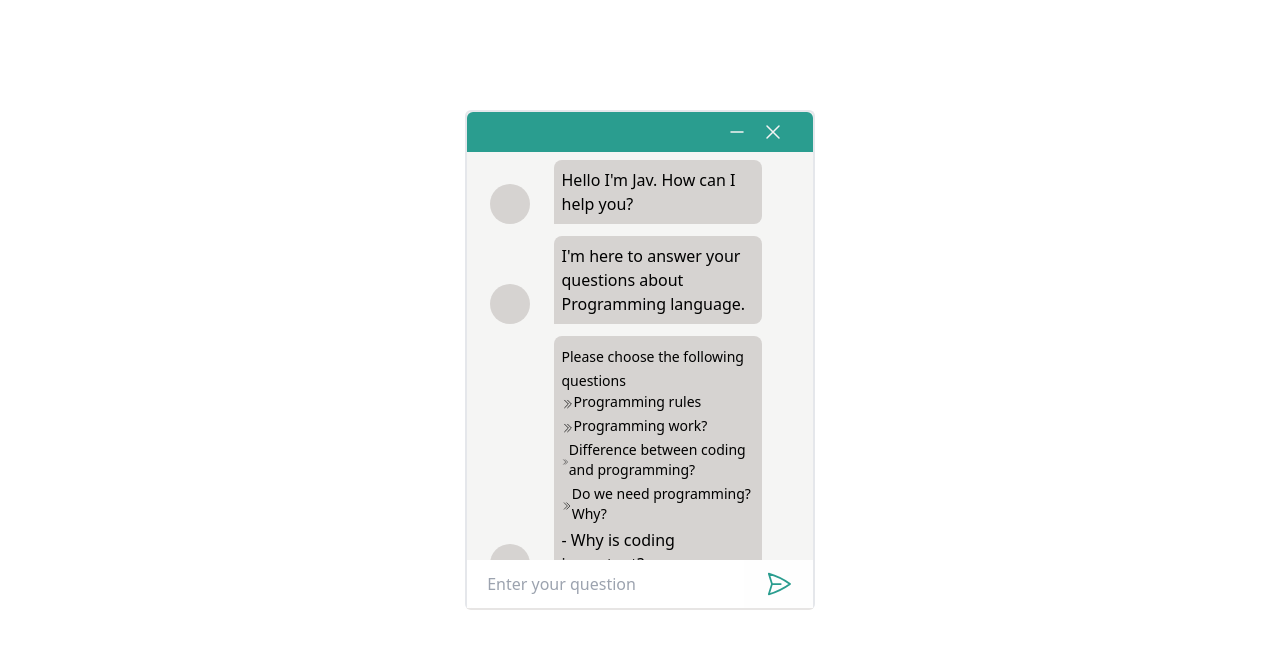
Repository: hsumyatm7308/Chatbot
Page: index.html
The author's editor kept a copy of each file at every save. The page is drawn from the files as they stood at one save, then again after a run of saves.
The browser window is 1280 px wide. The pictures show the whole page.
Some web libraries are served in a nearby version.

Above is the page before, as saved 2023-07-09 12:46:37.

### index.html
<!DOCTYPE html>
<html>

<head>
    <title>Chat Bot</title>
    <script src="https://cdn.tailwindcss.com"></script>
</head>

<body class="bg-[#fffff]">

    <div class="w-screen h-screen flex justify-center items-center   container">
        <div class="w-[350px] h-[500px] bg-[#f4f4f4] border-2 border-b-stone-200 rounded-md relative chatbot-container">
            <div
                class="w-full h-10 text-[#f4f4f4] bg-[#2a9d8f] rounded-tl-md rounded-tr-md flex justify-end items-center">
                <svg xmlns="http://www.w3.org/2000/svg" fill="none" viewBox="0 0 24 24" stroke-width="1.5"
                    stroke="currentColor" class="w-6 h-6 mr-3">
                    <path stroke-linecap="round" stroke-linejoin="round" d="M18 12H6" />
                </svg>

                <svg xmlns="http://www.w3.org/2000/svg" fill="none" viewBox="0 0 24 24" stroke-width="1.5"
                    stroke="currentColor" class="w-6 h-6 mr-7">
                    <path stroke-linecap="round" stroke-linejoin="round" d="M6 18L18 6M6 6l12 12" />
                </svg>

            </div>

            <div class="w-full h-[410px] bg-stone-100 overflow-y-scroll">
                <div class="w-full grid grid-cols-4 flex profile-side mt-2 mb-3">
                    <div class="w-full h-auto flex justify-center items-end">
                        <div class="w-10 h-10 rounded-full bg-stone-300">

                        </div>
                    </div>
                    <div class=" col-span-3">
                        <div class="w-full h-auto ">
                            <div class="w-52 h-full bg-stone-300 rounded-lg rounded-bl-none p-2">
                                <span>Hello I'm Jav. How can I help you?</span>
                            </div>
                        </div>
                    </div>
                </div>


                <div class="w-full grid grid-cols-4 flex profile-side mt-2 mb-3">
                    <div class="w-full h-auto flex justify-center items-end">
                        <div class="w-10 h-10 rounded-full bg-stone-300">

                        </div>
                    </div>
                    <div class=" col-span-3">
                        <div class="w-full h-auto ">
                            <div class="w-52 h-full bg-stone-300 rounded-lg rounded-bl-none p-2">
                                <span class="">I'm here to answer your questions about Programming language.</span>
                            </div>
                        </div>
                    </div>
                </div>



                <div class="w-full grid grid-cols-4 flex profile-side mt-2 mb-3">
                    <div class="w-full h-auto flex justify-center items-end">
                        <div class="w-10 h-10 rounded-full bg-stone-300">

                        </div>
                    </div>
                    <div class=" col-span-3">
                        <div class="w-full h-auto ">
                            <div class="w-52 h-full bg-stone-300 rounded-lg rounded-bl-none p-2">
                                <span>
                                    <span class="text-sm">Please choose the following questions</span>
                                    <ul class="">
                                        <li class="text-md flex"><a href=""
                                                class="text-sm flex justify-center items-center"><svg
                                                    xmlns="http://www.w3.org/2000/svg" fill="none" viewBox="0 0 24 24"
                                                    stroke-width="1.5" stroke="currentColor" class="w-3 h-3">
                                                    <path stroke-linecap="round" stroke-linejoin="round"
                                                        d="M11.25 4.5l7.5 7.5-7.5 7.5m-6-15l7.5 7.5-7.5 7.5" />
                                                </svg>
                                                <span class="mb-1">Programming rules</span></a></li>
                                        <li class="text-md flex"><a href=""
                                                class="text-sm flex justify-center items-center"><svg
                                                    xmlns="http://www.w3.org/2000/svg" fill="none" viewBox="0 0 24 24"
                                                    stroke-width="1.5" stroke="currentColor" class="w-3 h-3">
                                                    <path stroke-linecap="round" stroke-linejoin="round"
                                                        d="M11.25 4.5l7.5 7.5-7.5 7.5m-6-15l7.5 7.5-7.5 7.5" />
                                                </svg>
                                                <span class="mb-1">Programming work?</span></a></li>

                                        <li class="text-md flex"><a href=""
                                                class="text-sm flex justify-center items-center"><svg
                                                    xmlns="http://www.w3.org/2000/svg" fill="none" viewBox="0 0 24 24"
                                                    stroke-width="1.5" stroke="currentColor" class="w-3 h-3">
                                                    <path stroke-linecap="round" stroke-linejoin="round"
                                                        d="M11.25 4.5l7.5 7.5-7.5 7.5m-6-15l7.5 7.5-7.5 7.5" />
                                                </svg>
                                                <span class="mb-1"> Difference between coding and
                                                    programming?</span></a></li>

                                        <li class="text-md flex"><a href=""
                                                class="text-sm flex justify-center items-center"><svg
                                                    xmlns="http://www.w3.org/2000/svg" fill="none" viewBox="0 0 24 24"
                                                    stroke-width="1.5" stroke="currentColor" class="w-3 h-3">
                                                    <path stroke-linecap="round" stroke-linejoin="round"
                                                        d="M11.25 4.5l7.5 7.5-7.5 7.5m-6-15l7.5 7.5-7.5 7.5" />
                                                </svg>
                                                <span class="mb-1"> Do we need programming?Why?</span></a></li>


                                        <li class="text-md"><a href=""></a></li>
                                        <li class="text-md"><a href="">- Why is coding important?</a></li>
                                    </ul>
                                </span>
                            </div>
                        </div>
                    </div>
                </div>


                <!-- from cus -->
                <div class="w-full  flex justify-end  profile-side mt-2 mb-3">
                    <div>
                        <div class="w-full h-auto  flex justify-end">
                            <div class="w-52 h-full bg-stone-300 rounded-lg rounded-br-none  p-2">
                                <span>I'm here to answer your questions about Programming language.</span>
                            </div>
                        </div>
                    </div>



                </div>

            </div>




            <div class="w-full h-12 bg-red-100 absolute bottom-0 z-10">
                <form action="" class="w-full h-12 bg-[#fefefe] flex justify-between items-center">
                    <input type="text" class="w-[80%] h-full  rounded-bl-md p-4" placeholder=" Enter your question">

                    <button type="submit" class="mr-5">
                        <svg xmlns="http://www.w3.org/2000/svg" fill="none" viewBox="0 0 24 24" stroke-width="1.5"
                            stroke="currentColor" class="w-7 h-7 text-[#2a9d8f]">
                            <path stroke-linecap="round" stroke-linejoin="round"
                                d="M6 12L3.269 3.126A59.768 59.768 0 0121.485 12 59.77 59.77 0 013.27 20.876L5.999 12zm0 0h7.5" />
                        </svg>

                    </button>
                </form>
            </div>


        </div>


    </div>


</body>

</html>

After the next 2 saves:
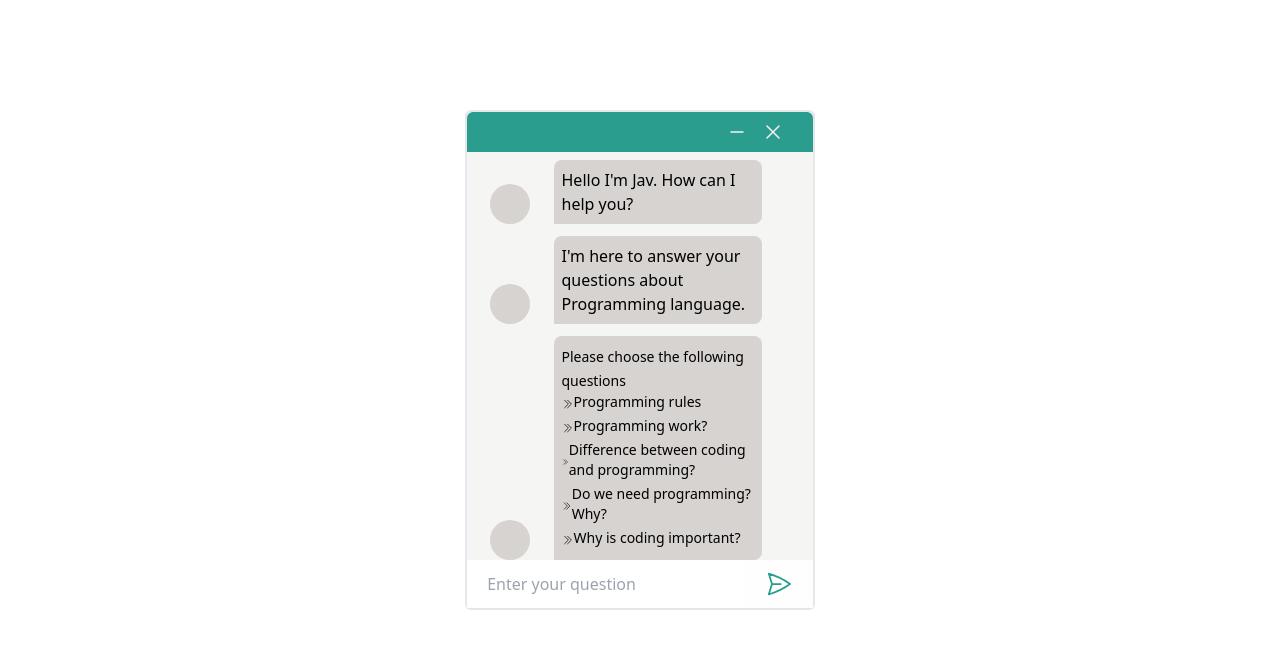
The 2 saves are shown as one change because they came seconds apart.
The last was saved 20 s later.
--- a/index.html
+++ b/index.html
@@ -107,8 +107,16 @@
                                                 <span class="mb-1"> Do we need programming?Why?</span></a></li>
 
 
-                                        <li class="text-md"><a href=""></a></li>
-                                        <li class="text-md"><a href="">- Why is coding important?</a></li>
+                                        <li class="text-md flex"><a href=""
+                                                class="text-sm flex justify-center items-center"><svg
+                                                    xmlns="http://www.w3.org/2000/svg" fill="none" viewBox="0 0 24 24"
+                                                    stroke-width="1.5" stroke="currentColor" class="w-3 h-3">
+                                                    <path stroke-linecap="round" stroke-linejoin="round"
+                                                        d="M11.25 4.5l7.5 7.5-7.5 7.5m-6-15l7.5 7.5-7.5 7.5" />
+                                                </svg>
+                                                <span class="mb-1"> Why is coding important?</span></a></li>
+
+
                                     </ul>
                                 </span>
                             </div>
